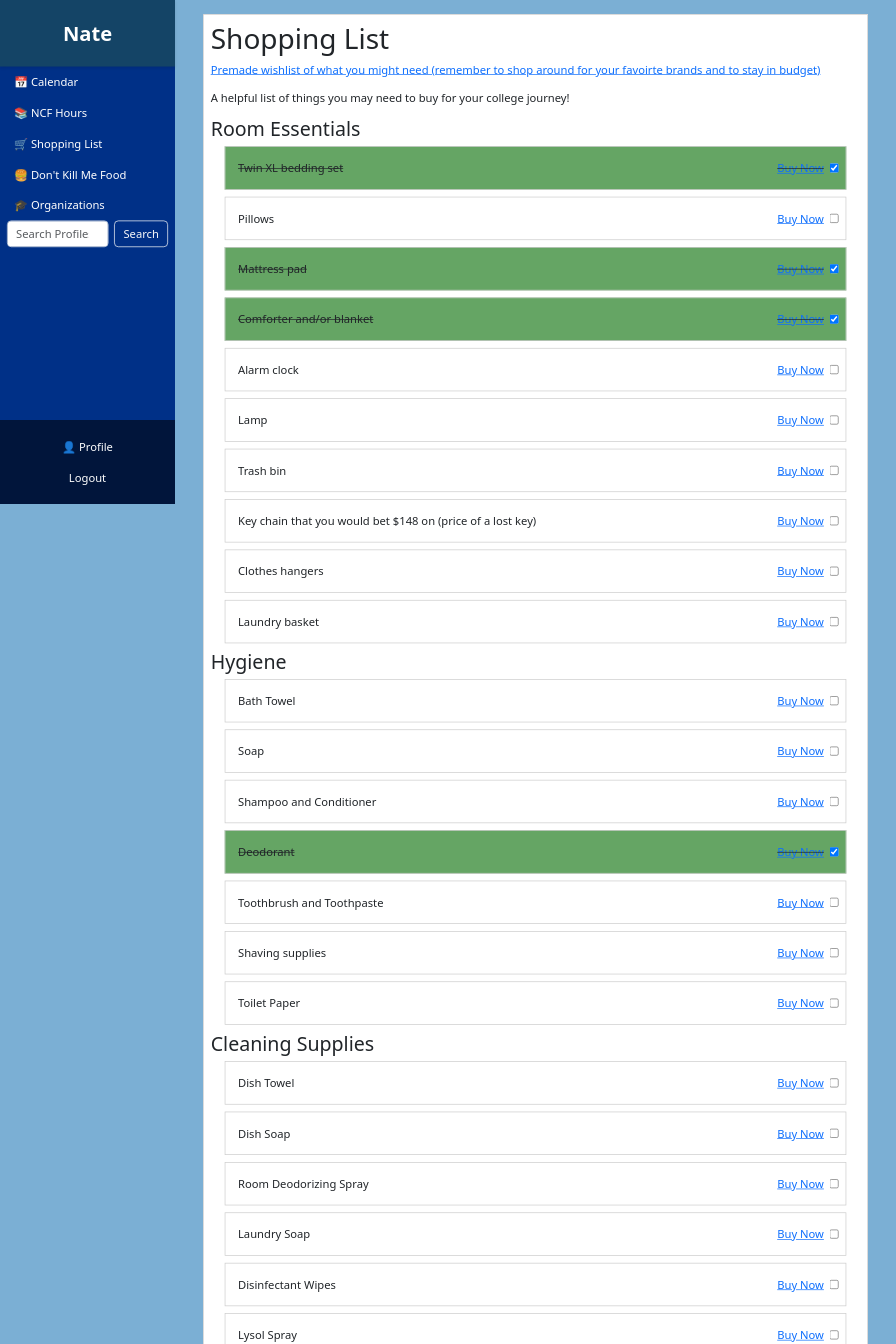
Repository: NateClarkTech/SoftwareEngineeringProject2
Page: http://localhost/shoppinglist/
The author's editor kept a copy of each file at every save. The page is drawn from the files as they stood at one save, then again after the next save.
The browser window is 1280 px wide. The pictures show the part of the page from y = 0 to 1920 px (the page is 4171 px tall), at 70% of full size.
The page is served by the project's application, run on Django 5.2 (manage.py). The first stored user is signed in. The page reads the database file committed with the project.

Above is the page before, as saved 2024-03-12 17:47:21.

After the next save:
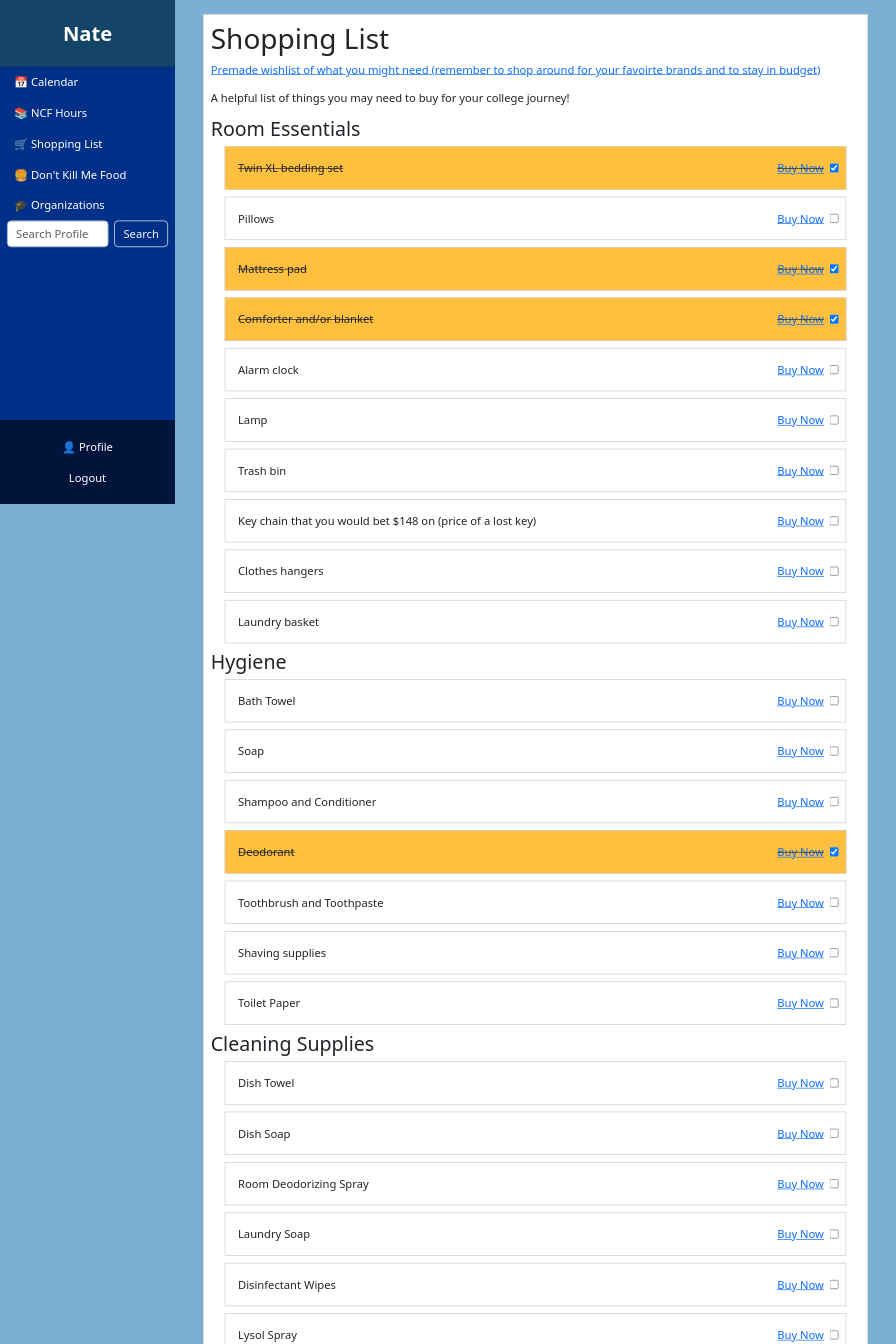
Saved 35 s later.
--- a/ShoppingList/templates/shoppinglist.html
+++ b/ShoppingList/templates/shoppinglist.html
@@ -17,7 +17,7 @@
 
     .checked {
         text-decoration: line-through;
-        background-color: #65a564;
+        background-color: #FFBF3F;
     }
 </style>
 {% endblock %}

After the save that followed:
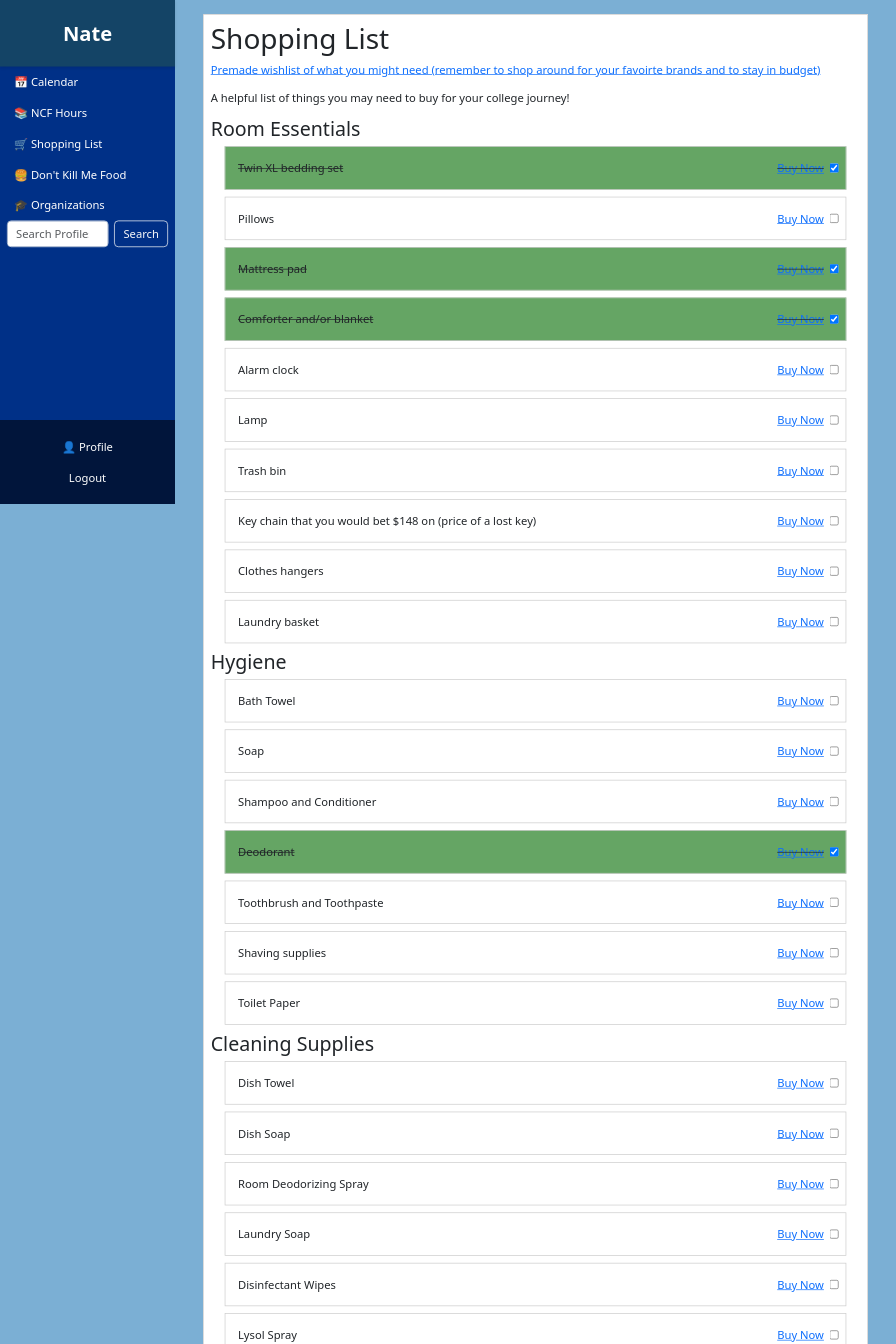
Saved 19 s later.
--- a/ShoppingList/templates/shoppinglist.html
+++ b/ShoppingList/templates/shoppinglist.html
@@ -17,7 +17,7 @@
 
     .checked {
         text-decoration: line-through;
-        background-color: #FFBF3F;
+        background-color: #65a564;
     }
 </style>
 {% endblock %}
